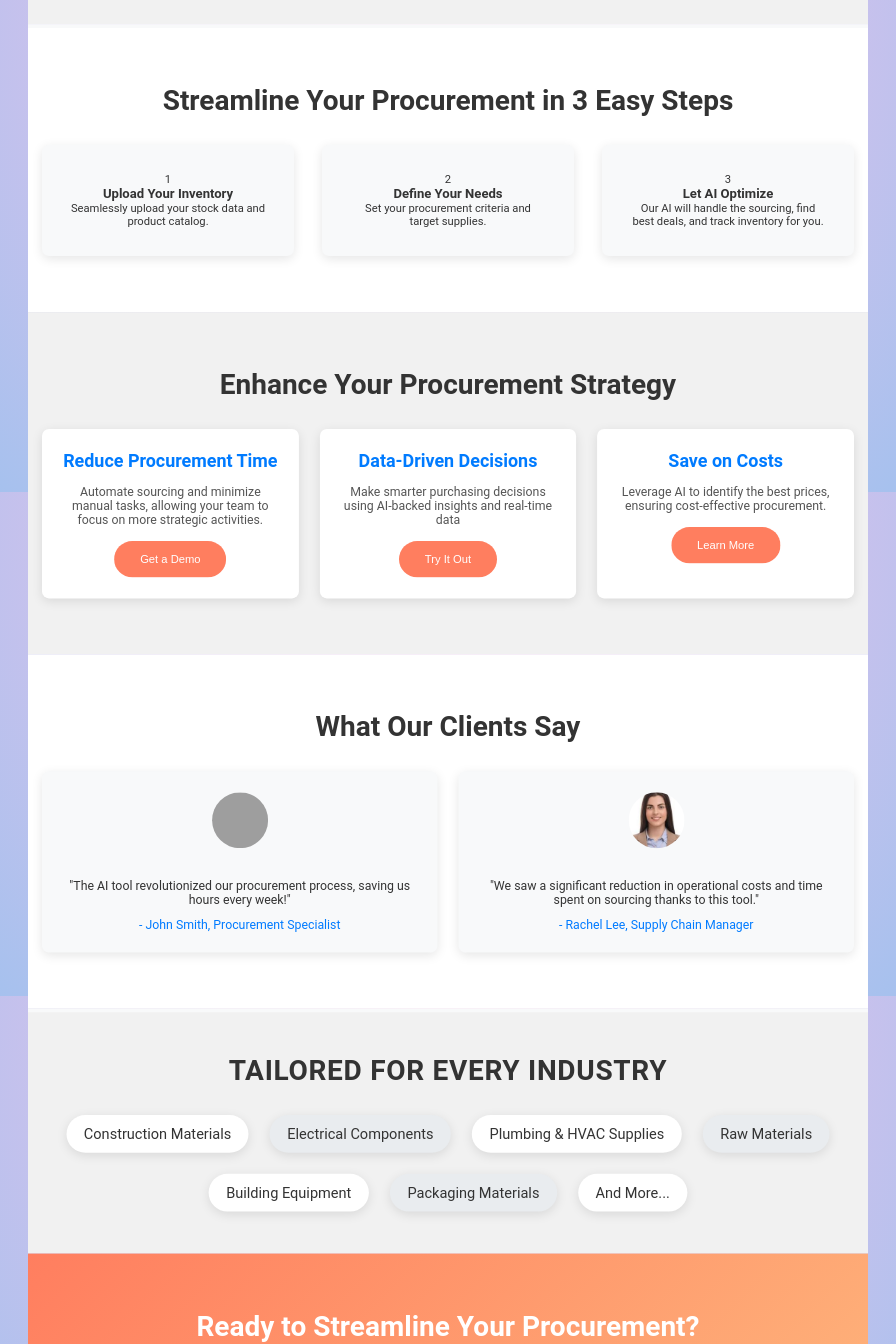
Repository: aabhashbasnet/SSNCorporation
Page: /who-we-serve/suppliers
The author's editor kept a copy of each file at every save. The page is drawn from the files as they stood at one save, then again after the next save.
The browser window is 1280 px wide. The pictures show the part of the page from y = 737 to 2657 px (the page is 2813 px tall before and 2902 px after), at 70% of full size.
Pictures or frames that could not be fetched are drawn as grey boxes. The project was rebuilt for these pictures with package versions that can differ from the ones it lists, and the page was loaded fresh each time. Also part of the build but not shown: src/components/Main/Main.jsx, src/components/Working/Working.css, src/components/Working/Working.jsx, src/components/Footer/Footer.jsx, src/pages/OurMission/OurMission.jsx, src/pages/LoginSignUp/LoginSignUp.css, src/pages/LoginSignUp/LoginSignUp.jsx, src/pages/Industries/Industries.jsx and 8 more.

Above is the page before, as saved 2025-02-11 13:49:19.

After the next save:
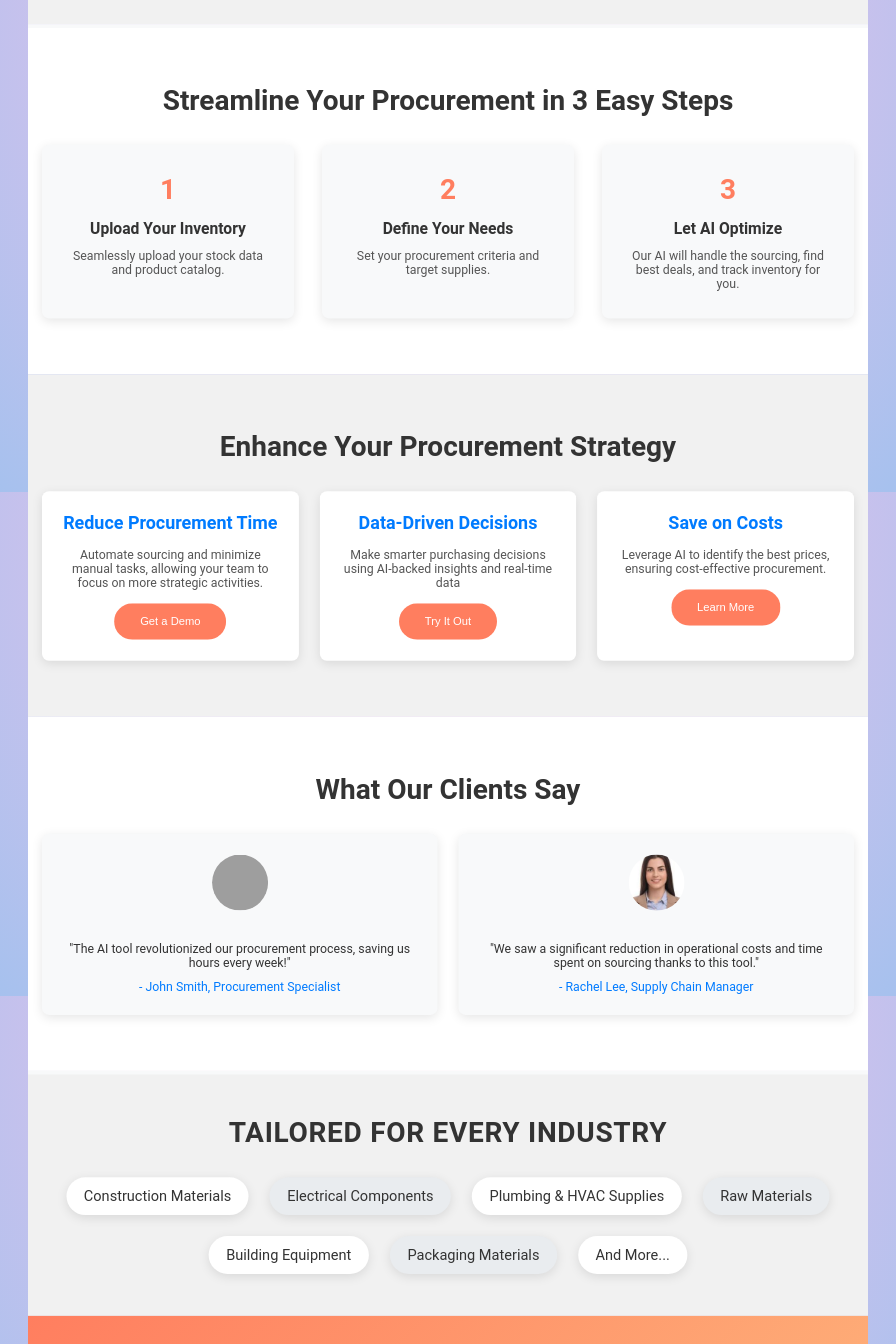
Saved 6 s later.
--- a/src/pages/WhoWeServe/Suppliers.css
+++ b/src/pages/WhoWeServe/Suppliers.css
@@ -14,7 +14,6 @@
   padding: 100px 20px;
   text-align: center;
   border-bottom: 5px solid #f8f9fa;
-  animation: fadeIn 1.5s ease-in-out;
 }
 
 .supplier-section .hero .hero-content h1 {
@@ -22,21 +21,18 @@
   font-weight: 700;
   margin-bottom: 20px;
   line-height: 1.2;
-  animation: slideUp 1s ease-out;
 }
 
 .supplier-section .hero .hero-content p {
   font-size: 1.2rem;
   margin-bottom: 30px;
   opacity: 0.8;
-  animation: fadeIn 1.5s ease-in-out;
 }
 
 .supplier-section .hero .hero-buttons {
   display: flex;
   justify-content: center;
   gap: 20px;
-  animation: fadeIn 2s ease-in-out;
 }
 
 .supplier-section .hero .cta-demo,
@@ -57,7 +53,6 @@
 .supplier-section .hero .cta-experience:hover {
   background-color: #feb47b;
   border: 2px solid #ff7e5f;
-  transform: translateY(-5px);
 }
 
 /* Challenges Section */
@@ -65,7 +60,6 @@
   background-color: #f1f1f1;
   padding: 60px 20px;
   text-align: center;
-  animation: fadeIn 2s ease-in-out;
 }
 
 .supplier-section .challenges h2 {
@@ -88,7 +82,6 @@
   background-color: #fff;
   text-align: center;
   border-top: 5px solid #f8f9fa;
-  animation: fadeInUp 2s ease-in-out;
 }
 
 .supplier-section .process h2 {
@@ -112,12 +105,29 @@
   box-shadow: 0 4px 15px rgba(0, 0, 0, 0.1);
   text-align: center;
   transition: transform 0.3s ease, box-shadow 0.3s ease;
-  animation: fadeInUp 2s ease-out;
 }
 
 .supplier-section .process .step:hover {
   transform: translateY(-10px);
   box-shadow: 0 6px 20px rgba(0, 0, 0, 0.1);
+}
+
+.supplier-section .process .step-number {
+  font-size: 2.5rem;
+  font-weight: bold;
+  color: #ff7e5f;
+  margin-bottom: 20px;
+}
+
+.supplier-section .process .step h3 {
+  font-size: 1.4rem;
+  color: #333;
+  margin-bottom: 15px;
+}
+
+.supplier-section .process .step p {
+  font-size: 1.1rem;
+  color: #555;
 }
 
 /* Benefits Section */
@@ -180,7 +190,6 @@
 .supplier-section .benefits .cta-demo:hover {
   background-color: #feb47b;
   border: 2px solid #ff7e5f;
-  transform: translateY(-5px);
 }
 
 /* Testimonials Section */
@@ -242,6 +251,7 @@
   color: #007bff;
 }
 
+/* Categories Section */
 /* Categories Section */
 .supplier-section .categories {
   padding: 60px 20px;
@@ -276,7 +286,6 @@
   border-radius: 30px;
   box-shadow: 0 4px 15px rgba(0, 0, 0, 0.1);
   transition: transform 0.3s ease, box-shadow 0.3s ease;
-  animation: fadeIn 1.5s ease-out;
 }
 
 .supplier-section .categories ul li:hover {
@@ -297,14 +306,12 @@
 .supplier-section .categories ul li:hover {
   background-color: #feb47b;
 }
-
 /* Final CTA Section */
 .supplier-section .cta-final {
   padding: 80px 20px;
   text-align: center;
   background: linear-gradient(135deg, #ff7e5f, #feb47b);
   color: white;
-  animation: fadeIn 1.5s ease-in-out;
 }
 
 .supplier-section .cta-final h2 {
@@ -334,35 +341,4 @@
 .supplier-section .cta-final .cta-demo:hover,
 .supplier-section .cta-final .cta-free:hover {
   background-color: #0056b3;
-  transform: translateY(-5px);
-}
-
-/* Key Animations */
-@keyframes fadeIn {
-  from {
-    opacity: 0;
-  }
-  to {
-    opacity: 1;
-  }
-}
-
-@keyframes fadeInUp {
-  from {
-    opacity: 0;
-    transform: translateY(30px);
-  }
-  to {
-    opacity: 1;
-    transform: translateY(0);
-  }
-}
-
-@keyframes slideUp {
-  from {
-    transform: translateY(30px);
-  }
-  to {
-    transform: translateY(0);
-  }
-}
+}
